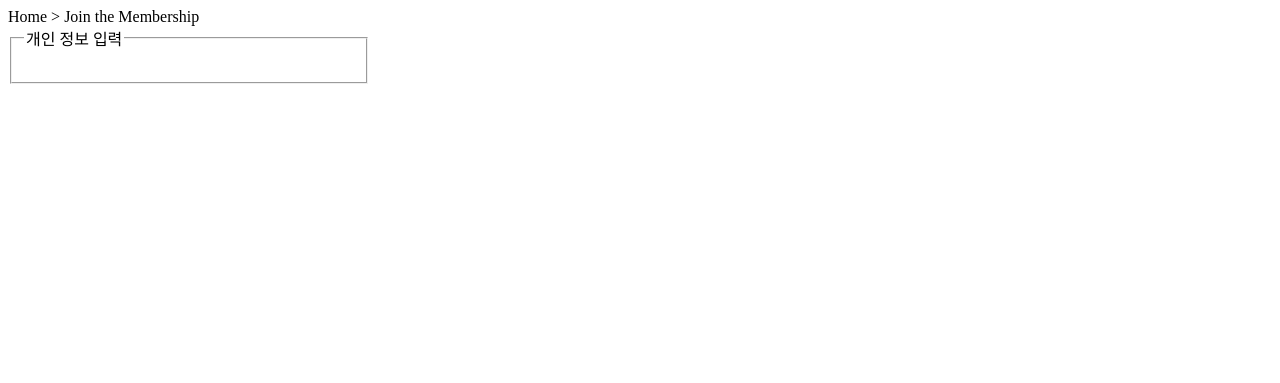
Repository: parkgyutaee/My_JAVA_Project
Page: http://localhost/JSPStudy/form_membership01.jsp
These files come from the project's save history. The page is drawn as it stood at one moment and after the next save; the edit follows.
The browser window is 1280 px wide. The pictures show the whole page.
The page is served by Tomcat 10.

Above is the page before, as saved 2025-07-10 02:27:37.

After the next save:
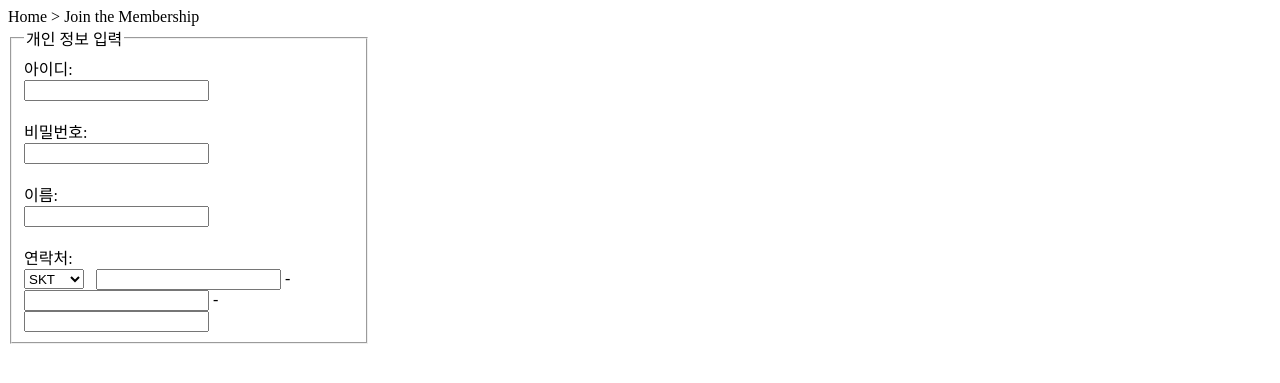
Saved 5 min 38 s later.
--- a/Workspace/JSPStudy/src/main/webapp/form_membership01.jsp
+++ b/Workspace/JSPStudy/src/main/webapp/form_membership01.jsp
@@ -9,7 +9,21 @@
 <body>
 	Home > Join the Membership
 	<fieldset style = "width:330px">
-		<legend>개인 정보 입력</legend><p>
+		<legend>개인 정보 입력</legend>
+		아이디: <br>
+		<input type = "text" name = "id"> <br><br>
+		비밀번호: <br>
+		<input type = "text" name = "password"> <br><br>
+		이름: <br>
+		<input type = "text" name = "name"> <br><br>
+
+		연락처: <br>
+		<select name = "choise" style = "width:60px;height:20.5px">
+			<option value = "skt">SKT</option>
+			<option value = "kt">KT</option>
+			<option value = "lg">LG</option>
+		</select> &nbsp;
+		<input type="text" name="p1"> - <input type="text" name="p2"> - <input type="text" name="p3">
 	</fieldset>
 </body>
 </html>
